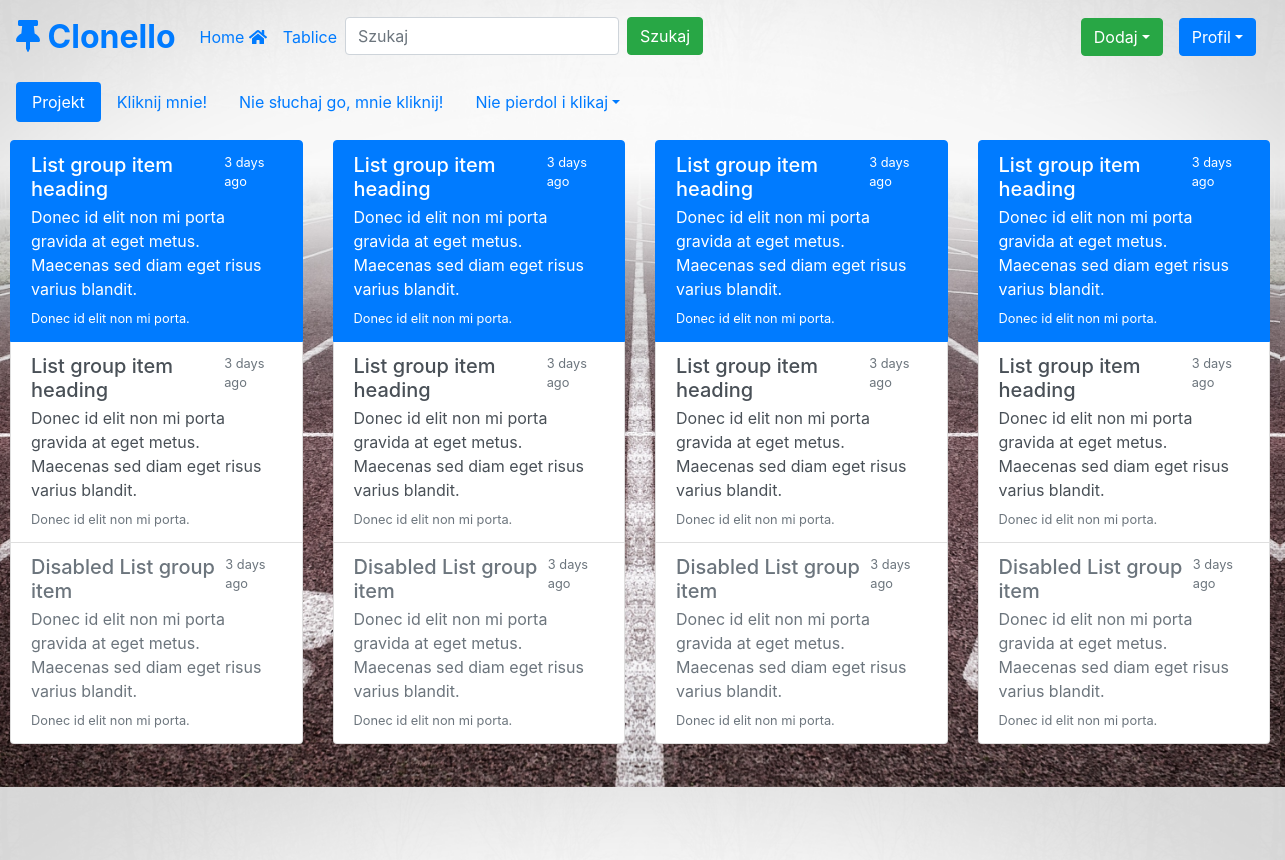
Repository: jnehlt/PAW-lab
Page: / (app in Frontend/clonello/)
These files come from the project's save history. The page is drawn as it stood at one moment and after a run of saves; the edit follows.
The browser window is 1280 px wide. The page is 1285 px wide, so the pictures cover 1285 px, including what lies to the right of the window. The pictures show the whole page.
The project was rebuilt for these pictures with package versions that can differ from the ones it lists, and the page was loaded fresh each time.

Above is the page before, as saved 2020-04-24 23:38:58.

After the next 6 saves:
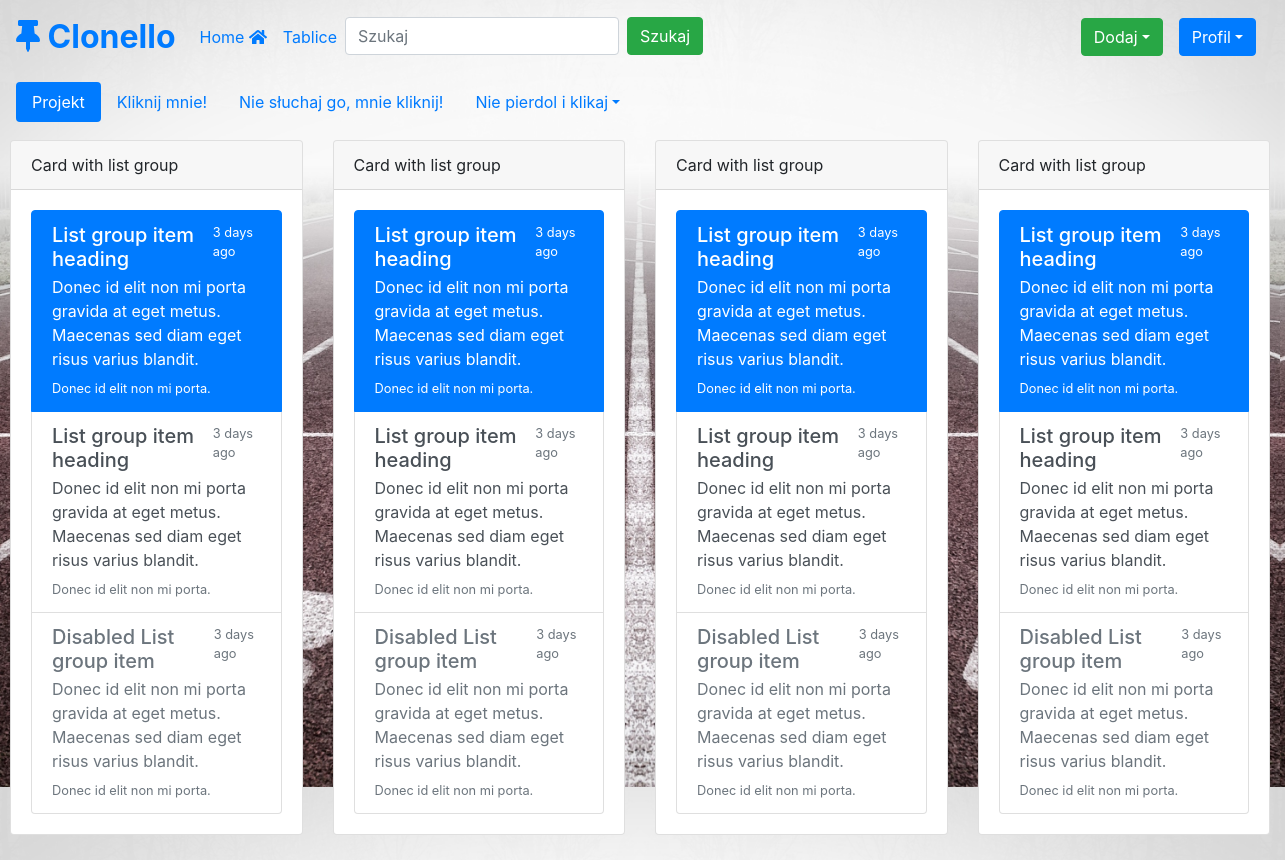
The 6 saves are shown as one change because 3 did not build or start and some came seconds apart.
The last was saved 2 min 26 s later.
--- a/Frontend/clonello/src/components/MainCard.vue
+++ b/Frontend/clonello/src/components/MainCard.vue
@@ -1,5 +1,6 @@
 <template>
         <div class="col-3 col-md-3 col-sm-3">
+            <b-card header="Card with list group">
             <b-list-group>
                 <b-list-group-item href="#" active class="flex-column align-items-start">
                     <div class="d-flex w-100 justify-content-between">
@@ -40,6 +41,7 @@
                     <small class="text-muted">Donec id elit non mi porta.</small>
                 </b-list-group-item>
             </b-list-group>
+            </b-card>
         </div>
 </template>
 
